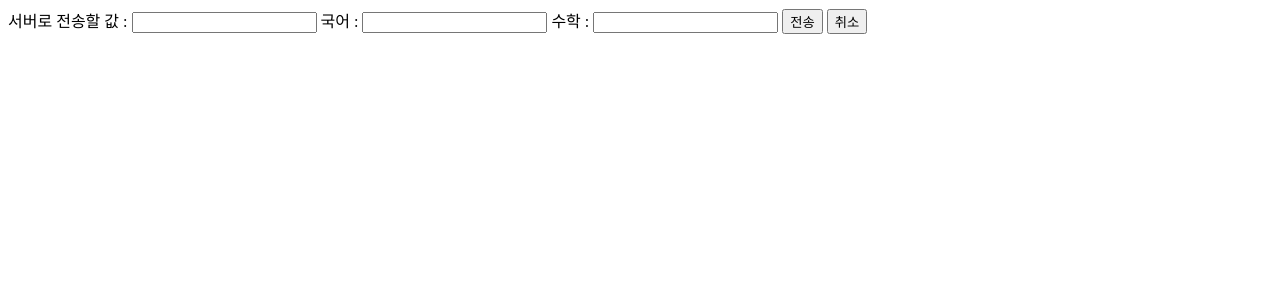
Repository: percussion8/jsp-servlet
Page: 1012/WebContent/request2.html
These files come from the project's save history. The page is drawn as it stood at one moment and after the next save; the edit follows.
The browser window is 1280 px wide. The pictures show the whole page.

Above is the page before, as saved 2020-10-12 08:36:13.

After the next save:
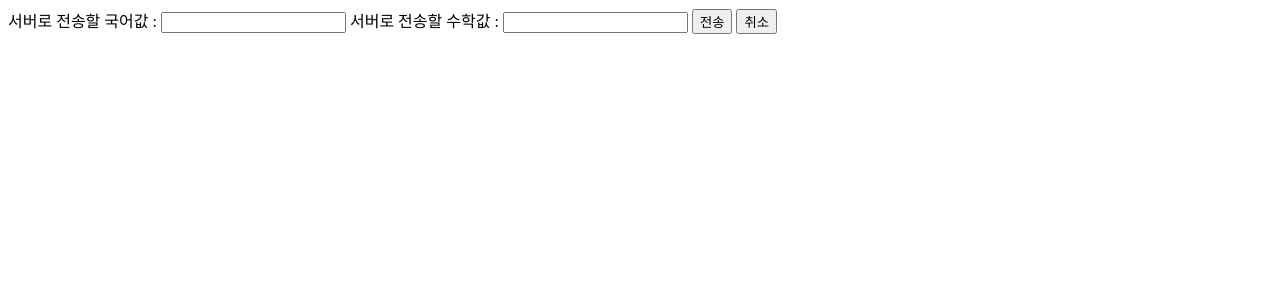
Saved 43 s later.
--- a/1012/WebContent/request2.html
+++ b/1012/WebContent/request2.html
@@ -6,12 +6,12 @@
 </head>
 <body>
     <form action="requset2.jsp" method="get">
-        서버로 전송할 값 : <input type="text" name="b">
+
         <label for="kor">
-            국어 : <input type="text" name="kor" id="kor">
+            서버로 전송할 국어값 : <input type="text" name="kor" id="kor">
         </label>
         <label for="math">
-            수학 : <input type="text" name="math" id="math">
+            서버로 전송할 수학값 : <input type="text" name="math" id="math">
         </label>
         <input type="submit" value="전송">
         <input type="reset" value="취소">
